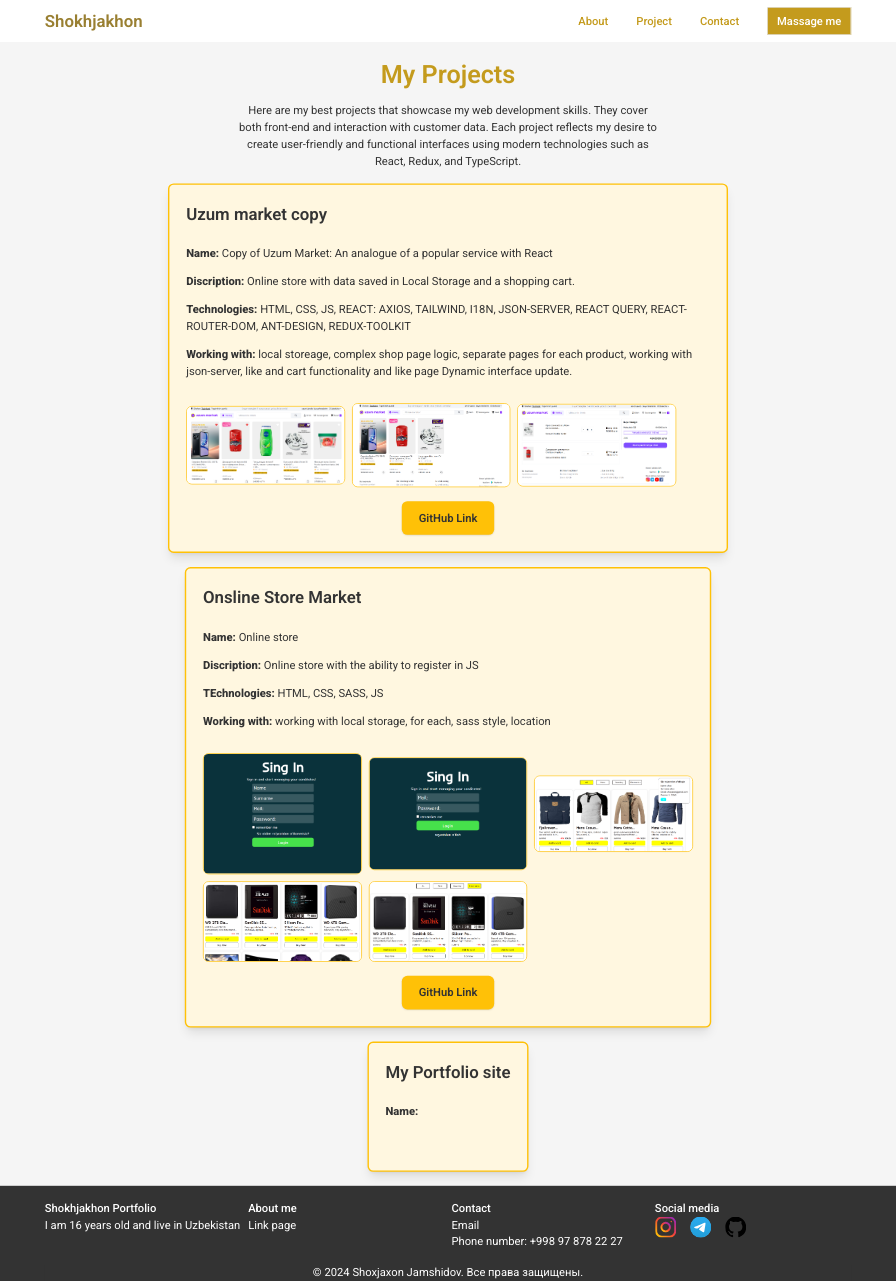
Repository: usershoh/My-Portfolio
Page: /project
These files come from the project's save history. The page is drawn as it stood at one moment and after a run of saves; the edit follows.
The browser window is 1280 px wide. The pictures show the whole page, at 70% of full size.
The project was rebuilt for these pictures with package versions that can differ from the ones it lists, and the page was loaded fresh each time. Also part of the build but not shown: vite.config.js, src/pages/blog/index.jsx, src/components/contact/title/index.jsx, src/components/contact/details/index.jsx, src/components/contact/location/index.jsx, src/components/contact/cta/index.jsx, src/pages/contact/index.jsx, src/components/home/hero/index.jsx and 11 more.

Above is the page before, as saved 2024-12-09 13:42:55.

### index.html
<!doctype html>
<html lang="en">
  <head>
    <meta charset="UTF-8" />
    <link rel="icon" type="image/svg+xml" href="/src/assets/img/photo_2024-05-25_15-15-50-round.png" />
    <meta name="viewport" content="width=device-width, initial-scale=1.0" />
    <title>Shokhjakhon</title>
  </head>
  <body>
    <div id="root"></div>
    <script type="module" src="/src/main.jsx"></script>
  </body>
</html>

### src/main.jsx
import { createRoot } from "react-dom/client";
import "./index.css";
import Root from "./root/root";
import ProviderConfig from "./tools/provider";

createRoot(document.getElementById("root")).render(
  <ProviderConfig>
    <Root />
  </ProviderConfig>
);

### src/index.css
@import url(https://fonts.googleapis.com/css2?family=Roboto:wght@100;200;300;400;500;600;800;900&display=swap);

@tailwind base;
@tailwind components;
@tailwind utilities;

* {
  padding: 0;
  margin: 0;
  box-sizing: border-box;
  font-family: 'Roboto', sans-serif;
}

html, body {
  height: 100%;
  margin: 0;
}

### src/root/root.jsx
import React from "react";
import Header from "../components/header";
import { Route, Routes } from "react-router-dom";
import BlogPage from "../pages/blog";
import ProjectPage from "../pages/project";
import ContactPage from "../pages/contact";
import HomePage from "../pages/home";
import AboutPage from "../pages/about";
import Footer from "../components/footer";

const Root = () => {
  return (
    <div className="bg-backround">
      <Header />
      <Routes>
        <Route path="/" element={<HomePage />} />
        <Route path="/about" element={<AboutPage />} />
        <Route path="/project" element={<ProjectPage />} />
        <Route path="/contact" element={<ContactPage />} />
        <Route path="/blog" element={<BlogPage />} />
      </Routes>
      <Footer />
    </div>
  );
};

export default Root;

### src/tools/provider/index.jsx
import React, { StrictMode } from "react";
import { BrowserRouter } from "react-router-dom";

const ProviderConfig = ({ children }) => {
  return (
    <div>
      <StrictMode>
        <BrowserRouter>{children}</BrowserRouter>
      </StrictMode>
    </div>
  );
};

export default ProviderConfig;

### src/components/header/index.jsx
import React, { useState } from "react";
import { Link, useNavigate } from "react-router-dom";

const Header = () => {
  const navigate = useNavigate();

  const [isOpenMenu, setIsOpentMenu] = useState(false);
  const toggleMenu = () => {
    setIsOpentMenu(!isOpenMenu);
  };

  // const navigateGmail = () => {
  //   window.location.href = "mailto:bumsakalaka66@gmail.com";
  // };
  const openTelegram = () => {
    window.open("https://t.me/usershox", "_blank");
  };

  return (
    <div className="px-[5%] py-[10px] flex items-center justify-between bg-white">
      <Link to={"/"}>
        <h1 className="text-[24px] text-[#997f31] font-[600]">Shokhjakhon</h1>
      </Link>
      <div className="hidden md:flex items-center gap-[40px] text-[16px] text-gold font-[500]">
        <button className="hover:text-hover" onClick={() => navigate("/about")}>
          About
        </button>
        <button
          className="hover:text-hover"
          onClick={() => navigate("/project")}
        >
          Project
        </button>
        <button
          className="hover:text-hover"
          onClick={() => navigate("/contact")}
        >
          Contact
        </button>
        {/* <button className="hover:text-hover" onClick={() => navigate("/blog")}>
          Blog
        </button> */}

        <button onClick={openTelegram} className="border w-[120px] h-[40px] bg-gold text-white text-[16px] hover:bg-hover">
          Massage me
        </button>
      </div>

      <button onClick={toggleMenu} className="md:hidden focus:outline-none">
        <svg
          className="w-6 h-6"
          fill="none"
          stroke="currentColor"
          viewBox="0 0 24 24"
        >
          <path
            strokeLinecap="round"
            strokeLinejoin="round"
            strokeWidth="2"
            d="M4 6h16M4 12h16m-7 6h7"
          ></path>
        </svg>
      </button>

      {isOpenMenu && (
        <div className="absolute top-[60px] right-[10px] w-[260px] h-[200px] grid gap-[5px] rounded-[10px] p-4 md:hidden bg-white">
          <button onClick={() => navigate("/about")}>About</button>
          <button onClick={() => navigate("/project")}>Project</button>
          <button onClick={() => navigate("/contact")}>Contact</button>
          <button onClick={() => navigate("/blog")}>Blog</button>
          <button className="border w-[100%] h-[40px] bg-gold text-white text-[16px]">
            Here me
          </button>
        </div>
      )}
    </div>
  );
};

export default Header;

### src/pages/project/index.jsx
import React from "react";
import UzumMarketProject from "../../components/project/uzum-market";
import OnlineStoreProject from "../../components/project/online-store";
import Title from "../../components/project/title";
import PortfolioProject from "../../components/project/portfolio";

const ProjectPage = () => {
  return (
    <div className="px-[5%] pt-[20px] gap-[20px] flex flex-col min-h-[71vh]">
      <Title />
      <UzumMarketProject />
      <OnlineStoreProject />
      <PortfolioProject />
    </div>
  );
};

export default ProjectPage;

### src/components/footer/index.jsx
import React from "react";
import { useNavigate } from "react-router-dom";
import instagramLogo from "../../assets/icon/instagram.svg";
import telegramLogo from "../../assets/icon/telegram.svg";
import githubLogo from "../../assets/icon/github.svg";

const Footer = () => {
  const navigate = useNavigate();
  return (
    <footer className="bg-dark mt-[20px] pl-[5%] pr-[5%]">
      <div className="grid gap-[10px] text-white pt-[20px] pb-[20px] grid-cols-2 md:grid-cols-4 max-[480px]:grid-cols-1">
        {/* <button className="text-[18px] pb-[5px]">Pages</button>
        <button className="text-[16px]" onClick={() => navigate("/")}>
          Home
        </button>
        <button className="text-[16px]" onClick={() => navigate("/about")}>
          About
        </button>
        <button className="text-[16px]" onClick={() => navigate("/project")}>
          Project
        </button>
        <button className="text-[16px]" onClick={() => navigate("/contact")}>
          Contact
        </button>
        <button className="text-[16px]" onClick={() => navigate("/blog")}>
          Blog
        </button> */}
        <div>
          <h2 className="font-[500]">Shokhjakhon Portfolio</h2>
          <p>I am 16 years old and live in Uzbekistan</p>
        </div>

        <div>
          <h2 className="font-[500]">About me</h2>
          <button onClick={() => navigate("/about")}>Link page</button>
        </div>

        <div>
          <h2 className="font-[500]">Contact</h2>
          <a href="email:bumsakalaka66@gmail.com">Email</a>
          <p>Phone number: +998 97 878 22 27</p>
        </div>

        <div>
          <h2 className="font-[500]">Social media</h2>
          <div className="w-[130px] flex items-center justify-between">
            <a href="https://www.instagram.com/shohjahon_777.official/">
              <img className="w-[30px] h-[30px]" src={instagramLogo} alt="" />
            </a>
            <a href="https://t.me/usershox">
              <img className="w-[30px] h-[30px]" src={telegramLogo} alt="" />
            </a>
            <a href="https://github.com/usershoh">
              <img className="w-[30px] h-[30px]" src={githubLogo} alt="" />
            </a>
          </div>
        </div>
      </div>
      <div className="bg-dark text-white text-center">
        © 2024 Shoxjaxon Jamshidov. Все права защищены.
      </div>
    </footer>
  );
};

export default Footer;

### src/components/project/uzum-market/index.jsx
import React from "react";
import uzumImg1 from "../../../assets/img/uzum-img1.png";
import uzumImg2 from "../../../assets/img/uzum-img2.png";
import uzumImg3 from "../../../assets/img/uzum-img3.png";

const UzumMarketProject = () => {
  return (
    <div className="border-[2px] p-6 border-[#FFC107] bg-[#FFF7E0] shadow-lg max-w-[800px] mx-auto rounded-lg grid gap-[10px]">
      <h1 className="text-[24px] text-dark font-semibold mb-4">Uzum market copy</h1>
      <div className="grid gap-4">
        <p className="text-[16px] text-dark">
          <strong>Name:</strong> Copy of Uzum Market: An analogue of a popular
          service with React
        </p>
        <p className="text-[16px] text-dark">
          <strong>Discription:</strong> Online store with data saved in Local
          Storage and a shopping cart.
        </p>
        <p className="text-[16px] text-dark">
          <strong>Technologies:</strong> HTML, CSS, JS, REACT: AXIOS, TAILWIND,
          I18N, JSON-SERVER, REACT QUERY, REACT-ROUTER-DOM, ANT-DESIGN,
          REDUX-TOOLKIT
        </p>
        <p className="text-[16px] text-dark">
          <strong>Working with:</strong> local storeage, complex shop page
          logic, separate pages for each product, working with json-server, like
          and cart functionality and like page Dynamic interface update.
        </p>
      </div>
      <div className="grid grid-cols-2 md:grid-cols-3 items-center gap-[10px] mt-6 lg:w-[700px]">
        <div className="border border-[#FFC107] rounded-lg overflow-hidden">
          <img src={uzumImg1} alt="" />
        </div>
        <div className="border border-[#FFC107] rounded-lg overflow-hidden">
          <img src={uzumImg2} alt="" />
        </div>
        <div className="border border-[#FFC107] rounded-lg overflow-hidden">
          <img src={uzumImg3} alt="" />
        </div>
      </div>
      <div className="mt-[10px] text-center">
        <a
          className="inline-block font-semibold rounded-lg shadow hover:bg-[#FFB300] px-6 py-3 bg-[#FFC107] text-[#333]"
          href="https://github.com/usershoh/Uzum-market-copy"
        >
          GitHub Link
        </a>
      </div>
    </div>
  );
};

export default UzumMarketProject;

### src/components/project/online-store/index.jsx
import React from "react";

import onlineStoreImg1 from "../../../assets/img/onlineStore-img1.png";
import onlineStoreImg2 from "../../../assets/img/onlineStore-img2.png";
import onlineStoreImg3 from "../../../assets/img/onlineStore-img3.png";
import onlineStoreImg4 from "../../../assets/img/onlineStore-img4.png";
import onlineStoreImg5 from "../../../assets/img/onlineStore-img5.png";

const OnlineStoreProject = () => {
  return (
    <div className="border-[2px] border-[#FFC107] bg-[#FFF7E0] p-6 shadow-lg max-w-[800px] mx-auto rounded-lg grid gap-[10px]">
      <h1 className="text-[24px] text-dark font-semibold mb-4">
        Onsline Store Market
      </h1>
      <div className="grid gap-4">
        <p className="text-[16px] text-dark">
          <strong>Name:</strong> Online store
        </p>
        <p className="text-[16px] text-dark">
          <strong>Discription:</strong> Online store with the ability to
          register in JS
        </p>
        <p className="text-[16px] text-dark">
          <strong>TEchnologies: </strong> HTML, CSS, SASS, JS
        </p>
        <p className="text-[16px] text-dark">
          <strong>Working with: </strong> working with local storage, for each,
          sass style, location
        </p>
      </div>
      <div className="grid mt-6 grid-cols-2 md:grid-cols-3 lg:w-[700px] items-center gap-[10px]">
        <div className="border border-[#FFC107] rounded-lg overflow-hidden">
          <img src={onlineStoreImg1} alt="" />
        </div>
        <div className="border border-[#FFC107] rounded-lg overflow-hidden">
          <img src={onlineStoreImg2} alt="" />
        </div>
        <div className="border border-[#FFC107] rounded-lg overflow-hidden">
          <img src={onlineStoreImg3} alt="" />
        </div>
        <div className="border border-[#FFC107] rounded-lg overflow-hidden">
          <img src={onlineStoreImg4} alt="" />
        </div>
        <div className="border border-[#FFC107] rounded-lg overflow-hidden">
          <img src={onlineStoreImg5} alt="" />
        </div>
      </div>
      <div className="mt-[10px] text-center">
        <a
          className="inline-block font-semibold rounded-lg shadow hover:bg-[#FFB300] px-6 py-3 bg-[#FFC107] text-[#333]"
          href="https://github.com/usershoh/Login"
        >
          GitHub Link
        </a>
      </div>
    </div>
  );
};

export default OnlineStoreProject;

### src/components/project/title/index.jsx
import React from "react";

const Title = () => {
  return (
    <div className="text-center m-auto grid gap-3 max-w-[600px]">
      <h1 className="text-[36px] font-semibold text-gold">My Projects</h1>
      <p className="text-[16px] text-dark">
        Here are my best projects that showcase my web development skills. They
        cover both front-end and interaction with customer data. Each project
        reflects my desire to create user-friendly and functional interfaces
        using modern technologies such as React, Redux, and TypeScript.
      </p>
    </div>
  );
};

export default Title;

### src/components/project/portfolio/index.jsx
import React from "react";

const PortfolioProject = () => {
  return (
    <div className="border-[2px] p-6 border-[#FFC107] bg-[#FFF7E0] shadow-lg max-w-[800px] mx-auto rounded-lg grid gap-[10px]">
      <h1 className="text-[24px] text-dark font-semibold mb-4">
        My Portfolio site
      </h1>
      <div className="grid gap-4">
        <p className="text-[16px] text-dark">
          <strong>Name: </strong>
        </p>
        <p className="text-[16px] text-dark"></p>
        <p className="text-[16px] text-dark"></p>
        <p className="text-[16px] text-dark"></p>
      </div>
    </div>
  );
};

export default PortfolioProject;

### tailwind.config.js
/** @type {import('tailwindcss').Config} */
export default {
  content: ["./index.html", "./src/**/*.{js,ts,jsx,tsx}"],
  theme: {
    extend: {
      colors: {
        gold: "#c49b1d",
        dark: "#333333",
        backround: "#f5f5f5",
        hover: "#ccae62",
      },
    },
  },
  plugins: [],
};

After the next 4 saves:
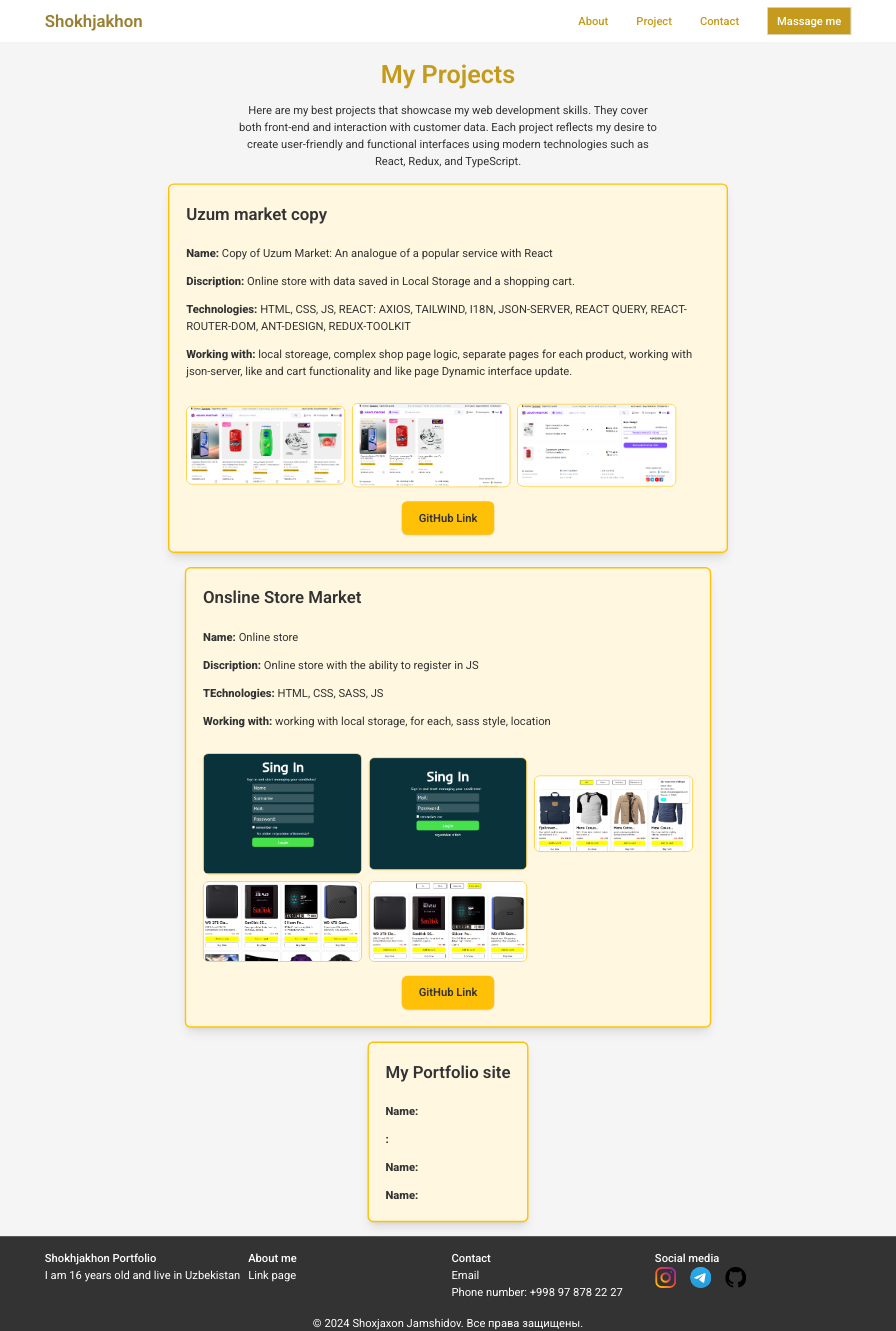
The 4 saves are shown as one change because they came seconds apart.
The last was saved 13 s later.
--- a/src/components/project/portfolio/index.jsx
+++ b/src/components/project/portfolio/index.jsx
@@ -10,9 +10,15 @@
         <p className="text-[16px] text-dark">
           <strong>Name: </strong>
         </p>
-        <p className="text-[16px] text-dark"></p>
-        <p className="text-[16px] text-dark"></p>
-        <p className="text-[16px] text-dark"></p>
+        <p className="text-[16px] text-dark">
+          <strong>: </strong>
+        </p>
+        <p className="text-[16px] text-dark">
+          <strong>Name: </strong>
+        </p>
+        <p className="text-[16px] text-dark">
+          <strong>Name: </strong>
+        </p>
       </div>
     </div>
   );
